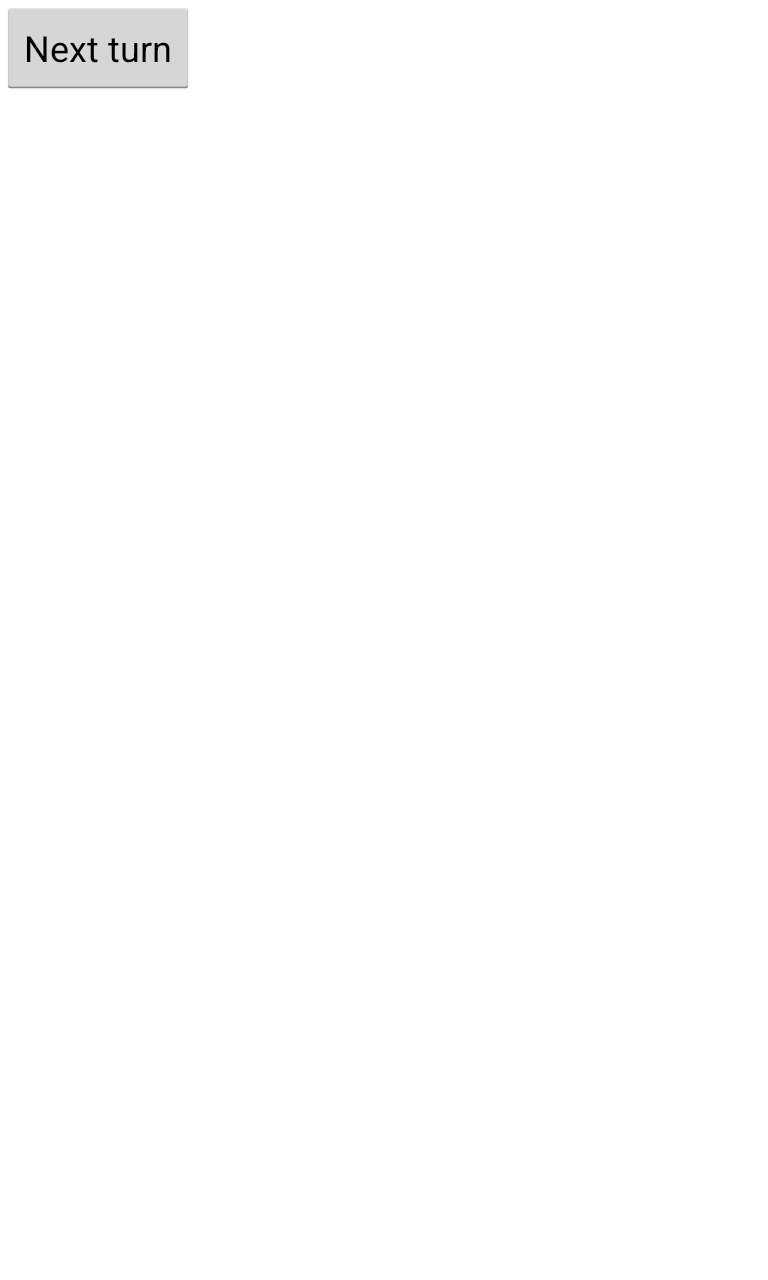
Repository: wassil/googleGamesTest
Layout: TicTacToe/res/layout/activity_turn_based.xml
The author's editor kept a copy of each file at every save. The layout is drawn from the files as they stood at one save, then again after the next save.
It is drawn on a 768 x 1280 px phone screen (xhdpi) without system bars, with theme AppTheme; the app's code is not run.

Above is the layout before, as saved 2014-04-01 22:31:02.

After the next save:
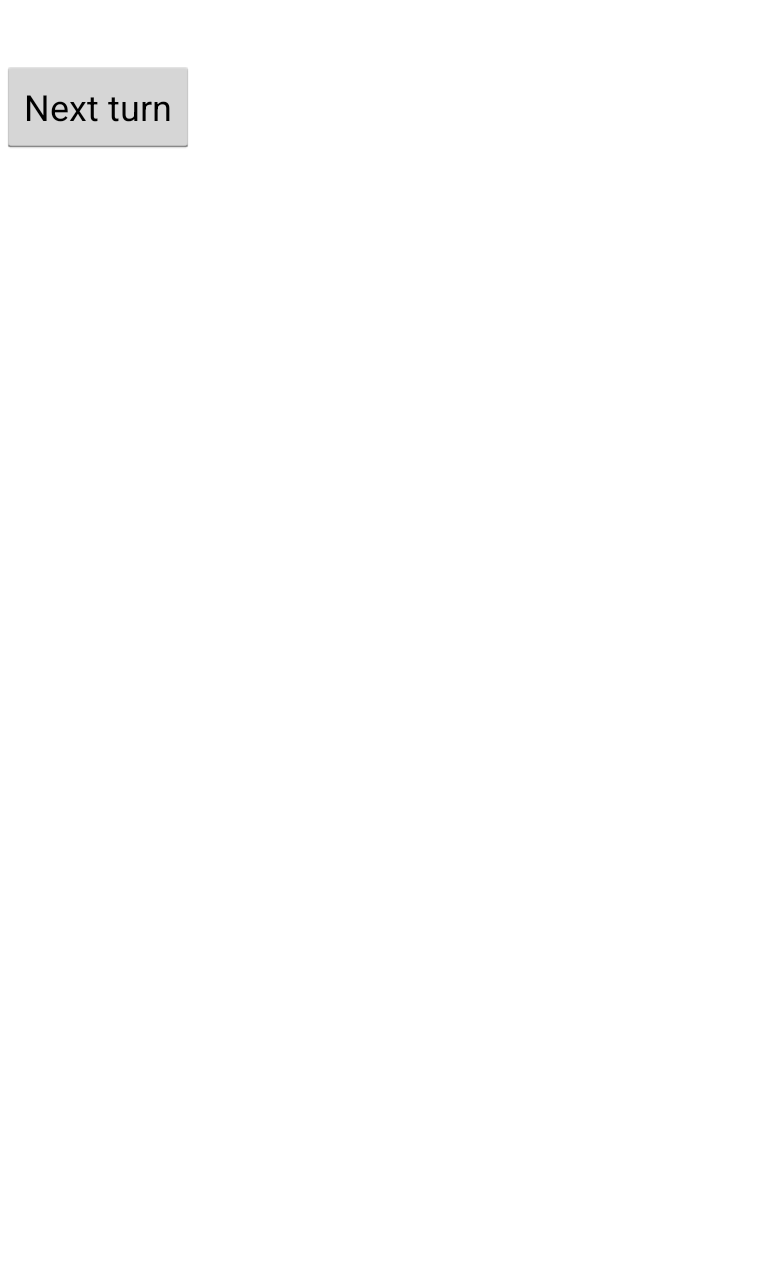
Saved 82 s later.
--- a/TicTacToe/res/layout/activity_turn_based.xml
+++ b/TicTacToe/res/layout/activity_turn_based.xml
@@ -3,6 +3,13 @@
     android:layout_width="match_parent"
     android:layout_height="match_parent"
     android:orientation="vertical" >
+
+    <TextView
+        android:id="@+id/textViewTurn"
+        android:layout_width="wrap_content"
+        android:layout_height="wrap_content"
+        android:text=""
+        android:textAppearance="?android:attr/textAppearanceLarge" />
 
 	<Button
         android:id="@+id/buttonNextTurn"
